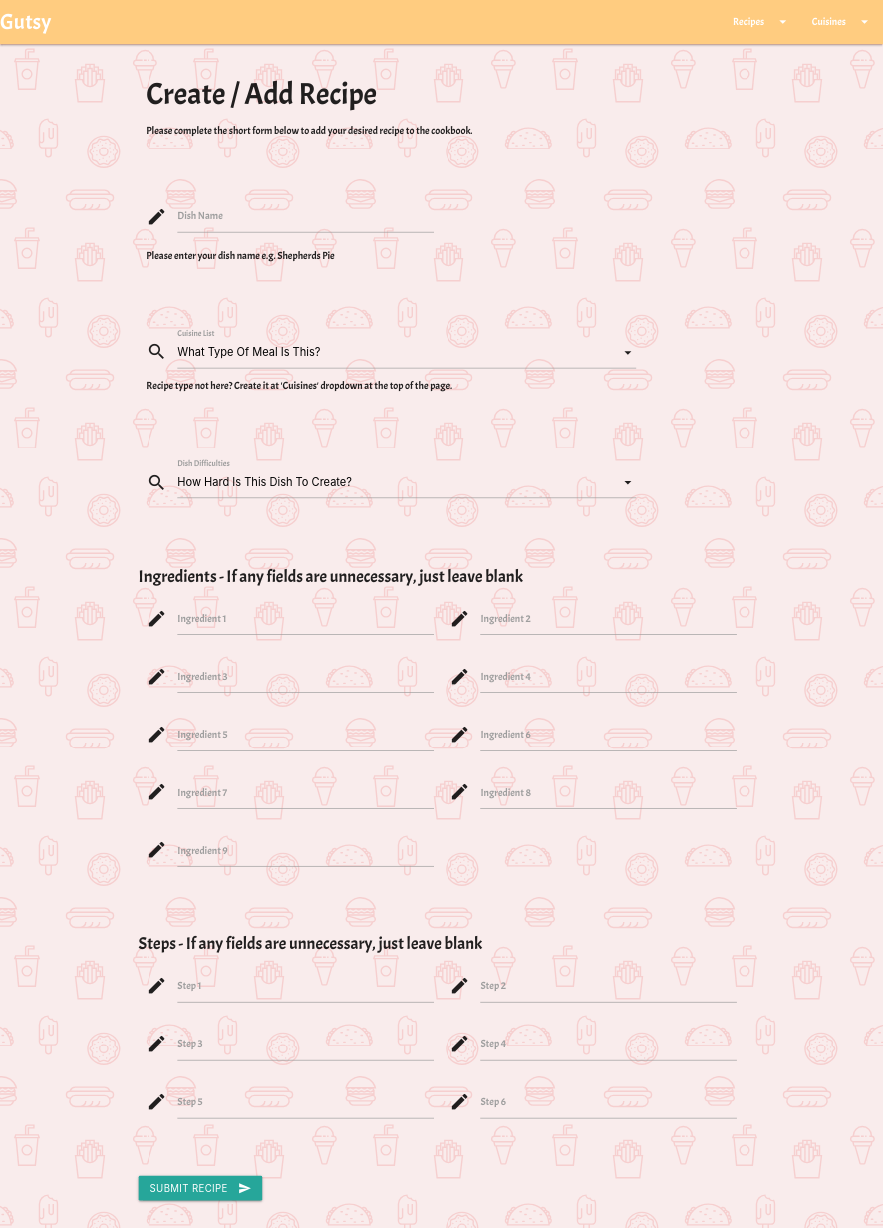
Repository: connor-blackburn/gutsy
Page: http://localhost/create_recipe
The author's editor kept a record of every edit. The page is drawn from the files as they stood at one moment, then again after the next edit.
The browser window is 1280 px wide. The pictures show the whole page, at 69% of full size.
The page is served by the project's application, run on Flask 3 (app.py). Queries for data that is not in the repository find no rows.

Above is the page before.

### templates/create_recipe.html
{% extends 'base.html' %} {% block content %}

<div class="row description container">
    <h3>Create / Add Recipe</h3>
    <p>Please complete the short form below to add your desired recipe to the cookbook.</p>
</div>

<form action="{{ url_for('insert_recipe') }}" method="POST" class="col s12 container">

    <div class="row">
        <div class="input-field col s6">
            <i class="material-icons prefix">create</i>
            <input id="icon_prefix" type="text" id="recipes" name="dish_name" class="validate">
            <label for="icon_prefix" id="recipes" name="dish_name">Dish Name</label>
            <p>Please enter your dish name e.g. Shepherds Pie</p>
        </div>
    </div>
    <div class="row">
        <div class="input-field col s10">
            <i class="material-icons prefix">search</i>
            <select id="recipes" name="cuisine_name">
                <option value="" disabled selected>What Type Of Meal Is This?</option>
                {% for cuisine in cuisines %}
                    <option value="{{cuisine.cuisine_name}}">{{cuisine.cuisine_name}}</option>
                {% endfor %}
            </select>
            <label>Cuisine List</label>
            <p>Recipe type not here? Create it at 'Cuisines' dropdown at the top of the page.</p>
        </div>
    </div>
    <div class="row">
        <div class="input-field col s10">
            <i class="material-icons prefix">search</i>
            <select id="recipes" name="dish_difficulty">
                <option value="" disabled selected>How Hard Is This Dish To Create?</option>
                    <option>Easy</option>
                    <option>Medium</option>
                    <option>Hard</option>
            </select>
            <label>Dish Difficulties</label>
        </div>
    </div>
    <div class="row">
        <h5>Ingredients - If any fields are unnecessary, just leave blank</h5>
        <div class="input-field col s6">
            <i class="material-icons prefix">create</i>
            <input id="icon_prefix" id="recipes" name="ingredient_1" type="text" class="validate">
            <label for="icon_prefix">Ingredient 1</label>
        </div>
        <div class="input-field col s6">
            <i class="material-icons prefix">create</i>
            <input id="icon_prefix" id="recipes" name="ingredient_2" type="text" class="validate">
            <label for="icon_prefix">Ingredient 2</label>
        </div>

        <div class="input-field col s6">
            <i class="material-icons prefix">create</i>
            <input id="icon_prefix" id="recipes" name="ingredient_3" type="text" class="validate">
            <label for="icon_prefix">Ingredient 3</label>
        </div>

        <div class="input-field col s6">
            <i class="material-icons prefix">create</i>
            <input id="icon_prefix" id="recipes" name="ingredient_4" type="text" class="validate">
            <label for="icon_prefix">Ingredient 4</label>
        </div>

        <div class="input-field col s6">
            <i class="material-icons prefix">create</i>
            <input id="icon_prefix" id="recipes" name="ingredient_5" type="text" class="validate">
            <label for="icon_prefix">Ingredient 5</label>
        </div>

        <div class="input-field col s6">
            <i class="material-icons prefix">create</i>
            <input id="icon_prefix" id="recipes" name="ingredient_6" type="text" class="validate">
            <label for="icon_prefix">Ingredient 6</label>
        </div>

        <div class="input-field col s6">
            <i class="material-icons prefix">create</i>
            <input id="icon_prefix" id="recipes" name="ingredient_7" type="text" class="validate">
            <label for="icon_prefix">Ingredient 7</label>
        </div>

        <div class="input-field col s6">
            <i class="material-icons prefix">create</i>
            <input id="icon_prefix" id="recipes" name="ingredient_8" type="text" class="validate">
            <label for="icon_prefix">Ingredient 8</label>
        </div>

        <div class="input-field col s6">
            <i class="material-icons prefix">create</i>
            <input id="icon_prefix" id="recipes" name="ingredient_9" type="text" class="validate">
            <label for="icon_prefix">Ingredient 9</label>
        </div>
    </div>

    <div class="row">
        <h5>Steps - If any fields are unnecessary, just leave blank </h5>
        <div class="input-field col s6">
            <i class="material-icons prefix">create</i>
            <input id="icon_prefix" id="recipes" name="step_1" type="text" class="validate">
            <label for="icon_prefix">Step 1</label>
        </div>
        <div class="input-field col s6">
            <i class="material-icons prefix">create</i>
            <input id="icon_prefix" id="recipes" name="step_2" type="text" class="validate">
            <label for="icon_prefix">Step 2</label>
        </div>
        <div class="input-field col s6">
            <i class="material-icons prefix">create</i>
            <input id="icon_prefix" id="recipes" name="step_3" type="text" class="validate">
            <label for="icon_prefix">Step 3</label>
        </div>
        <div class="input-field col s6">
            <i class="material-icons prefix">create</i>
            <input id="icon_prefix" id="recipes" name="step_4" type="text" class="validate">
            <label for="icon_prefix">Step 4</label>
        </div>
        <div class="input-field col s6">
            <i class="material-icons prefix">create</i>
            <input id="icon_prefix" id="recipes" name="step_5" type="text" class="validate">
            <label for="icon_prefix">Step 5</label>
        </div>
        <div class="input-field col s6">
            <i class="material-icons prefix">create</i>
            <input id="icon_prefix" id="recipes" name="step_6" type="text" class="validate">
            <label for="icon_prefix">Step 6</label>
        </div>
    </div>

    <div class="row">
        <button class="btn waves-effect waves-light" type="submit" name="action">Submit Recipe
            <i class="material-icons right">send</i>
        </button>
    </div>
</form>
{% endblock %}

### templates/base.html
<!DOCTYPE html>
<html>

<head>
    <meta charset="UTF-8">
    <meta name="viewport" content="width=device-width, initial-scale=1.0">
    <meta http-equiv="X-UA-Compatible" content="ie=edge">
    <link href="https://fonts.googleapis.com/icon?family=Material+Icons" rel="stylesheet">
    <link rel="stylesheet" href="https://cdnjs.cloudflare.com/ajax/libs/materialize/1.0.0/css/materialize.min.css">
    <link href="https://fonts.googleapis.com/css?family=Acme&display=swap" rel="stylesheet">
    <link rel="stylesheet" href="{{ url_for('static', filename='css/style.css') }}" type="text/css" />
</head>

<body>
    <header>
        <ul id="dropdown1" class="dropdown-content">
            <li><a href="{{url_for('get_recipes_step_one')}}">Edit Recipes</a></li>
            <li class="divider"></li>
            <li><a href="#!">Create Recipes</a></li>
        </ul>
        <ul id="dropdown2" class="dropdown-content">
            <li><a href="{{url_for('edit_cuisine_homepage')}}">Edit Cuisines</a></li>
            <li class="divider"></li>
            <li><a href="{{url_for('create_cuisine')}}">Create Cuisines</a></li>
        </ul>
        <ul id="dropdown3" class="dropdown-content">
            <li><a href="{{url_for('get_recipes_step_one')}}">Edit Recipes</a></li>
            <li class="divider"></li>
            <li><a href="#!">Create Recipes</a></li>
        </ul>
        <ul id="dropdown4" class="dropdown-content">
            <li><a href="{{url_for('edit_cuisine_homepage')}}">Edit Cuisines</a></li>
            <li class="divider"></li>
            <li><a href="{{url_for('create_cuisine')}}">Create Cuisines</a></li>
        </ul>
        <nav>
            <div class="nav-wrapper orange lighten-3">
                <a href="{{ url_for('home') }}" class="brand-logo">Gutsy</a>
                <a href="#" data-target="mobile-demo" class="sidenav-trigger"><i class="material-icons">menu</i></a>
                <ul class="right hide-on-med-and-down">
                    <li><a class="dropdown-trigger" href="#!" data-target="dropdown1">Recipes<i class="material-icons right">arrow_drop_down</i></a></li>
                    <li><a class="dropdown-trigger" href="#!" data-target="dropdown2">Cuisines<i class="material-icons right">arrow_drop_down</i></a></li>
                </ul>
            </div>
        </nav>

        <ul class="sidenav" id="mobile-demo">
            <li><a class="dropdown-trigger" href="#!" data-target="dropdown3">Recipes<i class="material-icons right">arrow_drop_down</i></a></li>
            <li><a class="dropdown-trigger" href="#!" data-target="dropdown4">Cuisines<i class="material-icons right">arrow_drop_down</i></a></li>
        </ul>
    </header>
    {% block content %} {% endblock %}

    <script type="text/javascript" src="https://cdnjs.cloudflare.com/ajax/libs/jquery/3.4.1/jquery.min.js"></script>
    <script src="https://cdnjs.cloudflare.com/ajax/libs/materialize/1.0.0/js/materialize.min.js"></script>
    <script type="text/javascript">
        $(document).ready(function() {
            $('.dropdown-trigger').dropdown();
            $('.collapsible').collapsible();
            $('.sidenav').sidenav();
            $('select').formSelect();
           // $('body').css('display', 'none');
            //$('body').fadeIn(1800);
        });
    </script>


</body>

</html>

### app.py
import os
from flask import Flask, render_template, redirect, request, url_for
from flask_pymongo import PyMongo
from bson.objectid import ObjectId

app = Flask(__name__)

app.config["MONGO_DBNAME"] = 'cookbook'
app.config["MONGO_URI"] = os.environ.get('MONGO_URI')

mongo = PyMongo(app)

# Home Page - Index
@app.route('/')
@app.route('/home')
def home():
    return render_template('index.html',
    cuisines=mongo.db.cuisines.find())

# Create Cuisine Page - Short Form
@app.route('/create_cuisine')
def create_cuisine():
    return render_template('create_cuisine.html',
    cuisines=mongo.db.cuisines.find())

# Inserts New Cuisine To Site & Redirects Back To Cuisine Homepage
@app.route('/insert_cuisine', methods=['POST'])
def insert_cuisine():
    cuisines = mongo.db.cuisines
    cuisines.insert_one(request.form.to_dict())
    return redirect(url_for('edit_cuisine_homepage'))

# Edit Cuisine Homepage - Shows Collection For User Choice
@app.route('/edit_cuisine_homepage')
def edit_cuisine_homepage():
    return render_template('edit_cuisine_homepage.html',
    cuisines=mongo.db.cuisines.find())

# Edit Cuisine Page, Cuisine Title Altered Here
@app.route('/edit_cuisine/<cuisine_id>')
def edit_cuisine(cuisine_id):
    return render_template('edit_cuisine.html',
    cuisines=mongo.db.cuisines.find_one({'_id': ObjectId(cuisine_id)}))

# Confirms Cuisine Change & Redirects Back To Cuisine Homepage
@app.route('/update_cuisine/<cuisine_id>', methods=['POST'])
def update_cuisine(cuisine_id):
    mongo.db.cuisines.update(
        {'_id': ObjectId(cuisine_id)},
        {'cuisine_name': request.form.get('cuisine_name')})
    return redirect(url_for('edit_cuisine_homepage'))

# Confirms Cuisine Deletion & Redirects Back To Cuisine Homepage
@app.route('/delete_cuisine/<cuisine_id>')
def delete_cuisine(cuisine_id):
    mongo.db.cuisines.remove({'_id': ObjectId(cuisine_id)}),
    return redirect(url_for('edit_cuisine_homepage'))

# Displays Correct Recipe In Relation To Cuisine Chosen
@app.route('/recipe_display/<cuisine_id>')
def recipe_display(cuisine_id):
    return render_template('recipe_display.html',
    recipes=mongo.db.recipes.find(),
    cuisines=mongo.db.cuisines.find_one({'_id': ObjectId(cuisine_id)}))

# Displays Cuisines So Users Can Narrow Recipe Search Efficiently
@app.route('/get_recipes_step_one')
def get_recipes_step_one():
    return render_template('get_recipes_step_one.html',
    cuisines=mongo.db.cuisines.find())

# Displays Recipes With Edit & Delete Buttons For User
@app.route('/get_recipes_step_two/<cuisine_id>')
def get_recipes_step_two(cuisine_id):
    return render_template('get_recipes_step_two.html',
    recipes=mongo.db.recipes.find(),
    cuisines=mongo.db.cuisines.find_one({'_id': ObjectId(cuisine_id)}))

# Confirms Cuisine Deletion & Redirects Back To Recipe Step One
@app.route('/delete_recipe/<recipe_id>')
def delete_recipe(recipe_id):
    mongo.db.recipes.remove({'_id': ObjectId(recipe_id)}),
    return redirect(url_for('get_recipes_step_one'))

#SPACE FOR RECIPE EDIT

# Allows User To Fill Form Regarding New Recipe
@app.route('/create_recipe')
def create_recipe():
    return render_template('create_recipe.html',
    recipes=mongo.db.recipes.find(),
    cuisines=mongo.db.cuisines.find())

@app.route('/insert_recipe', methods=['POST'])
def insert_recipe():
    recipes = mongo.db.recipes
    recipes.insert_one(request.form.to_dict())
    return redirect(url_for('create_recipe'))

if __name__ == '__main__':
    app.run(host=os.environ.get('IP'),
        port=int(os.environ.get('PORT')),
        debug=True)

### static/css/style.css
body {
    margin: 0;
    padding: 0;
    font-family: 'Acme', sans-serif;
    background-color: #f9ecec;
    background-image: url("data:[embedded picture, 9922 characters]");

}

.heading {
    height: 80vh;
}


.container .heading h1 {
    text-align: center;
    font-size: 9em;
}

.container .heading h5 {
    font-size: 2em;
    text-align: center;
}

.cuisine_selection {
    text-align: center;
}

.cuisine_selection h1{
    font-size: 5em;
}
.hero_image {
    margin: 0;
    z-index: -1;
    text-align: center;
}

.row {
    padding: 20px;
}

After the next edit:
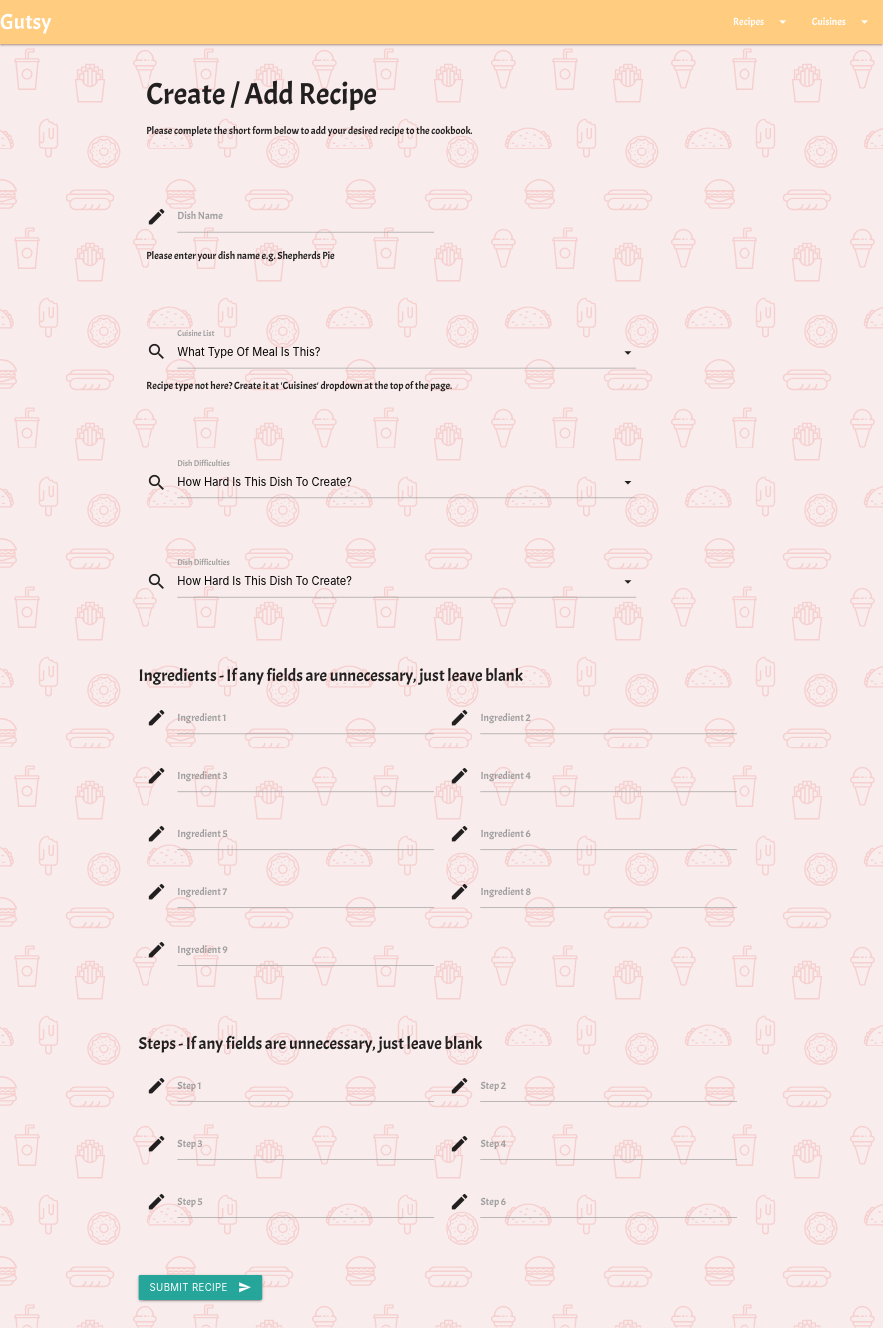
The edit:
--- a/templates/create_recipe.html
+++ b/templates/create_recipe.html
@@ -26,6 +26,18 @@
             </select>
             <label>Cuisine List</label>
             <p>Recipe type not here? Create it at 'Cuisines' dropdown at the top of the page.</p>
+        </div>
+    </div>
+    <div class="row">
+        <div class="input-field col s10">
+            <i class="material-icons prefix">search</i>
+            <select id="recipes" name="dish_difficulty">
+                <option value="" disabled selected>How Hard Is This Dish To Create?</option>
+                    <option>Easy</option>
+                    <option>Medium</option>
+                    <option>Hard</option>
+            </select>
+            <label>Dish Difficulties</label>
         </div>
     </div>
     <div class="row">
